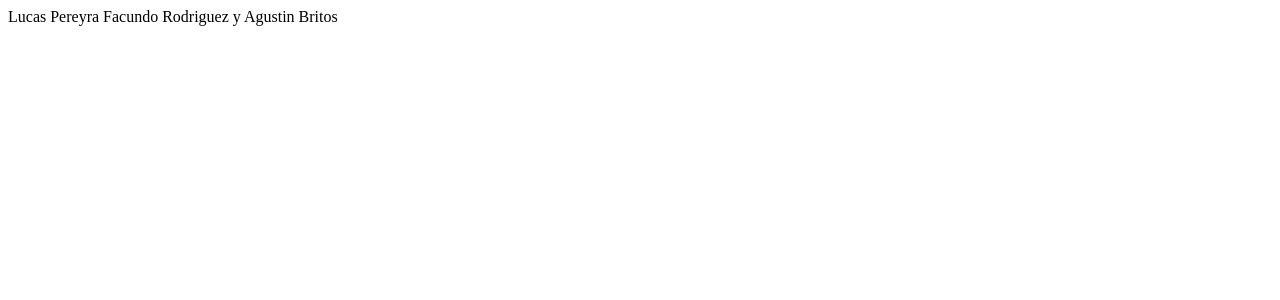
Repository: lucasp3113/coockpad
Page: index.html
The author's editor kept a copy of each file at every save. The page is drawn from the files as they stood at one save, then again after the next save.
The browser window is 1280 px wide. The pictures show the whole page.

Above is the page before, as saved 2025-05-12 11:42:52.

### index.html
<!DOCTYPE html>
<html lang="es">
<head>
    <meta charset="UTF-8" />
    <meta name="viewport" content="width=device-width, initial-scale=1.0" />
    <title>Lamine Yamal</title>
</head>
<body>
    <header>Lucas Pereyra Facundo Rodriguez y Agustin Britos</header>
    <nav></nav>
    <aside></aside>
    <main>
        <article>
            <header></header>
            <figure></figure>
            <p></p>
            <footer></footer>
        </article>
        <section></section>
    </main>
    <footer></footer>
</body>
</html>

After the next save:
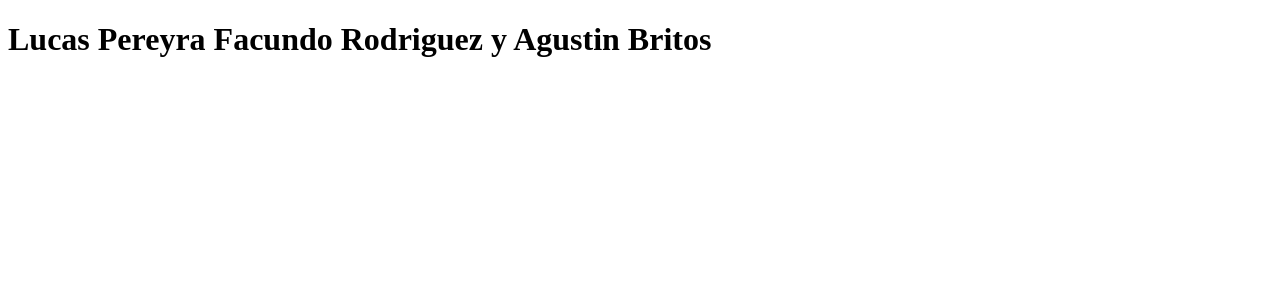
Saved 13 s later.
--- a/index.html
+++ b/index.html
@@ -6,7 +6,9 @@
     <title>Lamine Yamal</title>
 </head>
 <body>
-    <header>Lucas Pereyra Facundo Rodriguez y Agustin Britos</header>
+    <header>
+        <h1>Lucas Pereyra Facundo Rodriguez y Agustin Britos</h1>
+    </header>
     <nav></nav>
     <aside></aside>
     <main>
